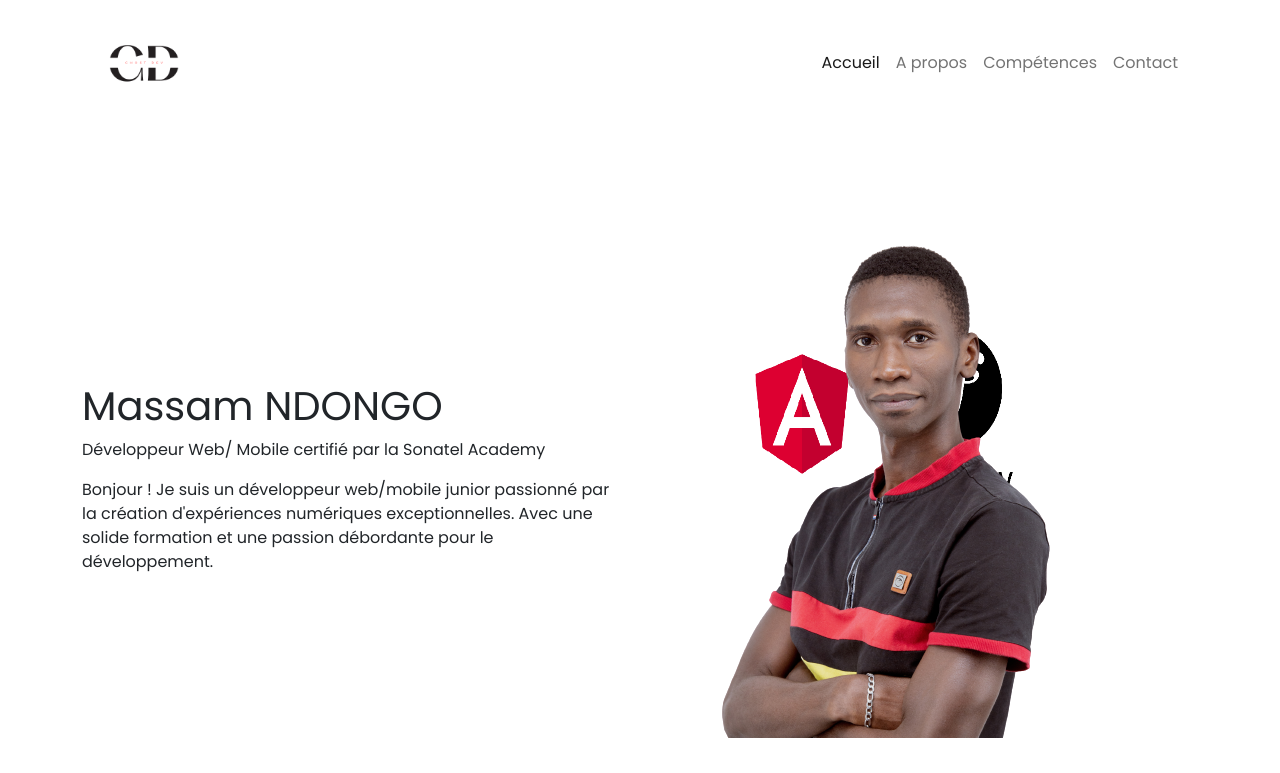
Repository: massndongo/portfolio1
Page: index.html
An editor plug-in stored every save of this project. The page is shown before and after a run of saves, followed by the edit.
The browser window is 1280 px wide. The pictures show the part of the page from y = 0 to 773 px (the page is 2111 px tall).
A picture or video elsewhere on the page could not be fetched, so the positions and the page height are approximate.

Above is the page before, as saved 2023-05-29 19:12:32.

After the next 2 saves:
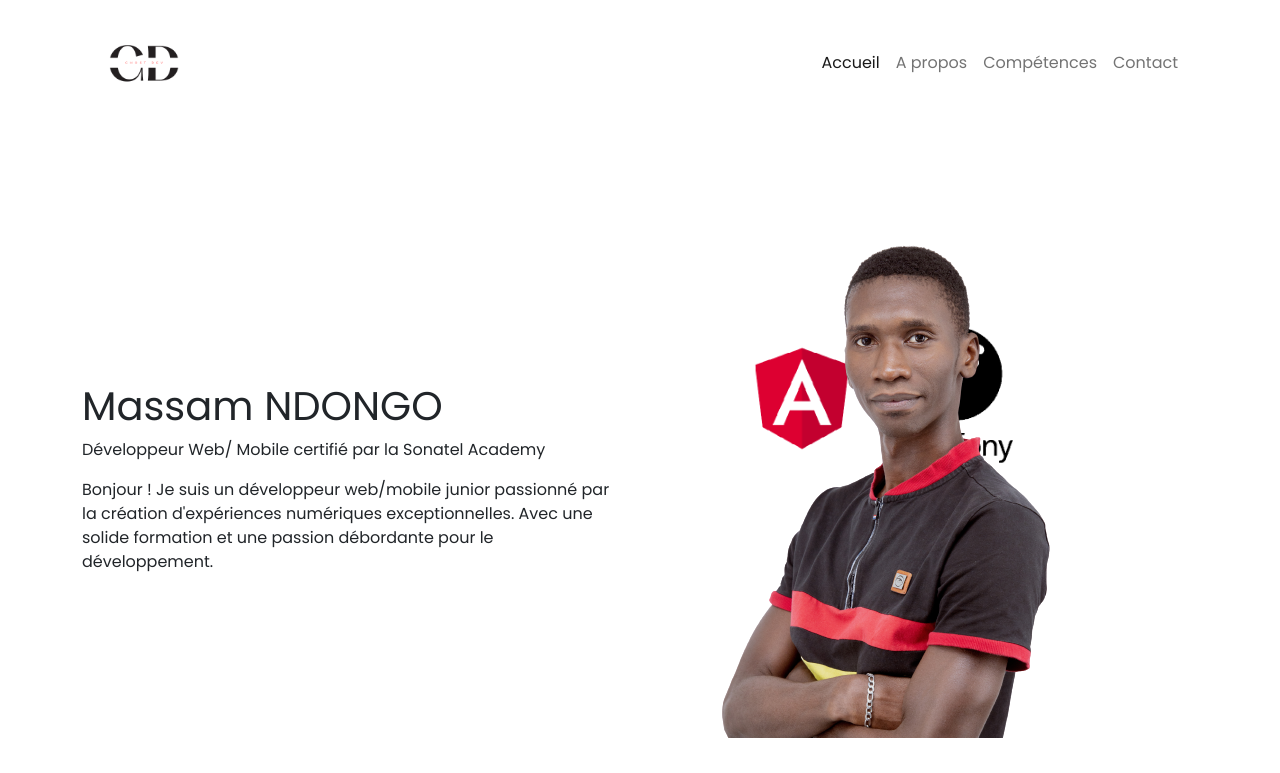
The 2 saves are shown as one change because they came seconds apart.
The last was saved 2 min 19 s later.
--- a/index.html
+++ b/index.html
@@ -54,8 +54,8 @@
                     </p>
                 </div>
                 <div class="col-lg-6 col-md-12 profil">
-                    <img src="./assets/images/os-projects-angular_thumbnail-removebg-preview.png" width="300px" height="200px" class="angular"  alt="" srcset="">
-                    <img src="./assets/images/symfony__1_-removebg-preview.png" width="300px" height="200px" class="symfony"  alt="" srcset="">
+                    <img src="./assets/images/os-projects-angular_thumbnail-removebg-preview.png" width="300px" height="200px" class="angular img-fluid"  alt="" srcset="">
+                    <img src="./assets/images/symfony__1_-removebg-preview.png" width="300px" height="200px" class="symfony img-fluid"  alt="" srcset="">
                     <img src="./assets/images/mass.png" class="border-0 animated-text" alt="" srcset="">
                 </div>
             </div>
